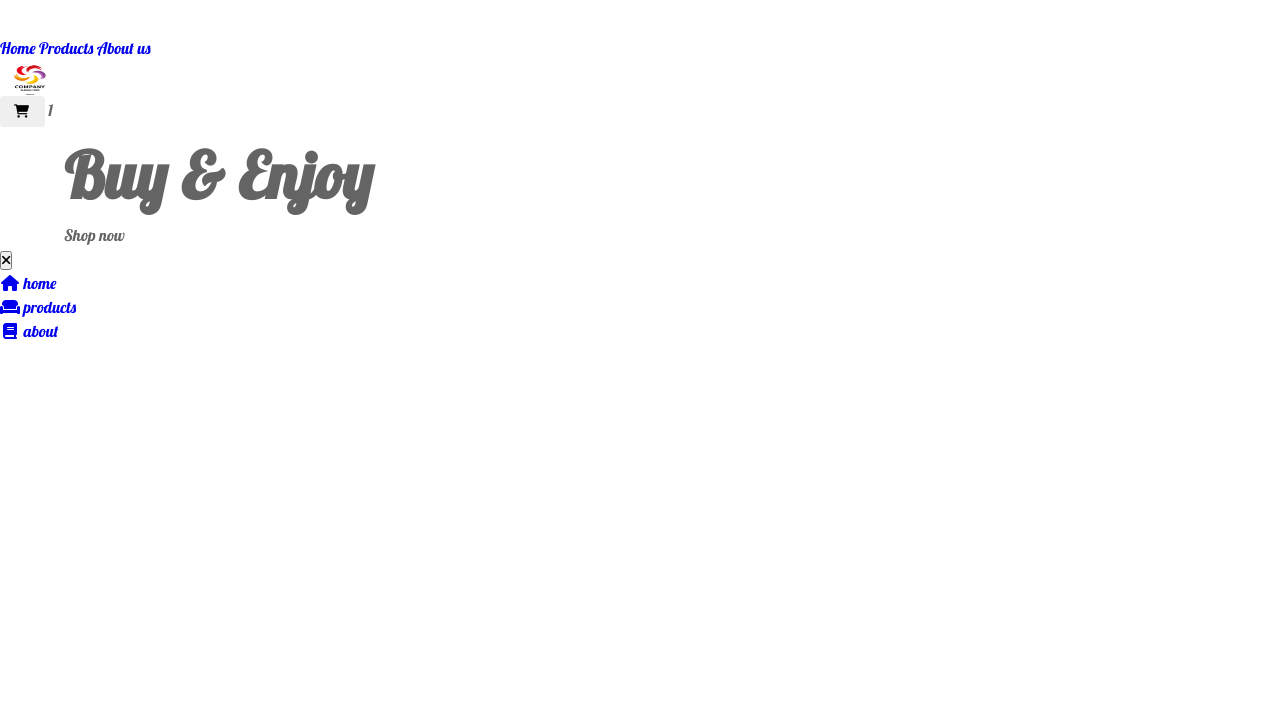
Repository: tetlisna/myprojectJS2
Page: index.html
An editor plug-in stored every save of this project. The page is shown before and after the next save, followed by the edit.
The browser window is 1280 px wide. The pictures show the whole page.
Some web fonts or font styles are not loaded; a fallback is used.

Above is the page before, as saved 2022-09-04 19:58:43.

### index.html
<!DOCTYPE html>
<html lang="en">
  <head>
    <meta charset="UTF-8" />
    <meta name="viewport" content="width=device-width, initial-scale=1.0" />
    <link rel="stylesheet" href="/css/style.css" />
    <link
      rel="stylesheet"
      href="https://cdnjs.cloudflare.com/ajax/libs/font-awesome/6.2.0/css/all.min.css"
    />
    <title>E-commers</title>
  </head>
  <body>
    <!-- Nav left -->
    <nav class="navbar">
      <div class="menu-line">
        <div class="wrapper">
          <button class="nav-logo">
            <i class="fa-sharp fa-solid fa-bars"></i>
          </button>
          <a href="#" href="index.html" class="nav-link">Home</a>
          <a href="#" href="products.html" class="nav-link">Products</a>
          <a href="#" href="about-us.html" class="nav-link">About us</a>
        </div>
        <!-- Logo -->
        <img src="/img/logo.png" class="nav-logo" alt="logo" width="100px" />
        <!-- Cart-->
        <div class="cart-side-container">
          <button class="cart-side">
            <i class="fa-sharp fa-solid fa-cart-shopping"></i>
          </button>
          <span class="cart-item-amount">1</span>
        </div>
      </div>
    </nav>

    <!--Main section-->

    <section class="main">
      <div id="main-container">
        <h1 class="text-main">Buy & Enjoy</h1>
        <a href="products.html" class="main-btn"> Shop now </a>
      </div>
    </section>
    <!--Side section-->

    <div class="sidebar-pop-out">
      <aside class="sidebar">
        <!-- close -->
        <button class="sidebar-close">
          <i class="fas fa-times"></i>
        </button>
        <!-- links -->
        <ul class="sidebar-links">
          <li>
            <a href="index.html" class="sidebar-link">
              <i class="fas fa-home fa-fw"></i>
              home
            </a>
          </li>
          <li>
            <a href="products.html" class="sidebar-link">
              <i class="fas fa-couch fa-fw"></i>
              products
            </a>
          </li>
          <li>
            <a href="about.html" class="sidebar-link">
              <i class="fas fa-book fa-fw"></i>
              about
            </a>
          </li>
        </ul>
      </aside>
    </div>
    <script src="script.js"></script>
  </body>
</html>

### css/style.css
@import url('https://fonts.googleapis.com/css2?family=Lobster&family=Qwitcher+Grypen&family=Roboto:wght@300&display=swap');
:root {
    --transition: all 0.3s linear;
    --spacing: 0.1rem;
    --radius: 0.25rem;
    --max-width: 1170px;
    --fixed-width: 620px;
    --white-bg:rgb(255, 255, 255);
    --dark-grey:rgb(100, 100, 100);
    --grey-red:rgb(190, 100, 100);
    --black-light:rgb(56, 56, 56);


    /* dark shades of primary color*/
  --clr-primary-1: hsl(21, 91%, 17%);
  --clr-primary-2: hsl(21, 84%, 25%);
  --clr-primary-3: hsl(21, 81%, 29%);
  --clr-primary-4: hsl(21, 77%, 34%);
  /* primary/main color */
  --clr-primary-5: hsl(21, 62%, 45%);
  /* lighter shades of primary color */
  --clr-primary-6: hsl(21, 57%, 50%);
  --clr-primary-7: hsl(21, 65%, 59%);
  --clr-primary-8: hsl(21, 80%, 74%);
  --clr-primary-9: hsl(21, 94%, 87%);
  --clr-primary-10: hsl(21, 100%, 94%);
  /* darkest grey - used for headings */
  --clr-grey-1: #102a42;
  --clr-grey-2: hsl(211, 39%, 23%);
  --clr-grey-3: hsl(209, 34%, 30%);
  --clr-grey-4: hsl(209, 28%, 39%);
  /* grey used for paragraphs */
  --clr-grey-5: hsl(210, 22%, 49%);
  --clr-grey-6: hsl(209, 23%, 60%);
  --clr-grey-7: hsl(211, 27%, 70%);
  --clr-grey-8: hsl(210, 31%, 80%);
  --clr-grey-9: hsl(212, 33%, 89%);
  --clr-grey-10: hsl(210, 36%, 96%);
  --clr-white: #fff;
  --clr-red-dark: hsl(360, 67%, 44%);
  --clr-red-light: hsl(360, 71%, 66%);
  --clr-green-dark: hsl(125, 67%, 44%);
  --clr-green-light: hsl(125, 71%, 66%);
  --clr-black: #222;








}

* {
    margin: 0;
    padding: 0;
    box-sizing: border-box;
}
.container {
    max-width: 980px;
    margin: auto;
}
a {
    text-decoration: none;
}
body {
    font-family: 'Lobster', cursive,'Qwitcher Grypen', cursive,'Roboto', sans-serif;
    background: var(--white-bg);
    color: var(--dark-grey);
    line-height: 1.5;
    font-size: 0.875rem;
}
p {
    margin-bottom: 1.25rem;
    color: var(--dark-grey);
}

@media screen and (min-width: 800px) {
    h1 {
        font-size: 4rem;
    }
    body {
        font-size: 1rem;
    }
}
.img {
    width: 100%;
    display: block;
}
.main {
    width: 90vw;
    max-width: var(--max-width);
    margin: 0 auto;
}
.main-btn {
    color: var(--dark-grey);
}
.main-btn:hover {
    color: var(--grey-red);

}
.cart-side {
    /* background: var(--clr-primary-5); */
    /* color: var(--clr-white); */
    border-radius: var(--radius);
    padding: 0.375rem 0.75rem;
    letter-spacing: var(--spacing);
    display: inline-block;
    transition: var(--transition);
    border-color: transparent;
    cursor: pointer;
  }
  /* .cart-side:hover {
    background: var(--white-bg);
    color: var(--dark-grey);
  } */
.nav-logo {
    background: var(--clr-primary5);
    border-color: transparent;
    color: var(--white-bg);
    width: 3.75rem;
    height: 2.25rem;
    display: flex;
    align-items: center;
    justify-content: center;
    font-size: 1.5rem;
    border-radius: 2rem;
    cursor: pointer;
    transition: var(--transition);
}
/*
============================================
Nav
============================================
*/
.nav {
    min-height: 100vh;
    margin-top: -6rem;
    background: linear-gradient(rgba(0, 0, 0, 0.5), rgba(0, 0, 0, 0.5)),
      url(./images/main-bcg.jpeg) center/cover;
    display: grid;
    place-items: center;
    color: var(--clr-white);
  }

### script.js
class User {
	constructor (name, balance){
		this.name = name,
		this.balance = balance
	}
	showOrderHistory(sortWay, fieldName, totalAmount, orderDate){

	}
	getCart(){
		return this.cart;
	}
	addOrder(){
		return this.order;
	}

}
class Order{
	constructor (order, totalPrice, date){
		this.order = order,
		this.price = totalPrice,
		this.date = date
	}

}

After the next save:
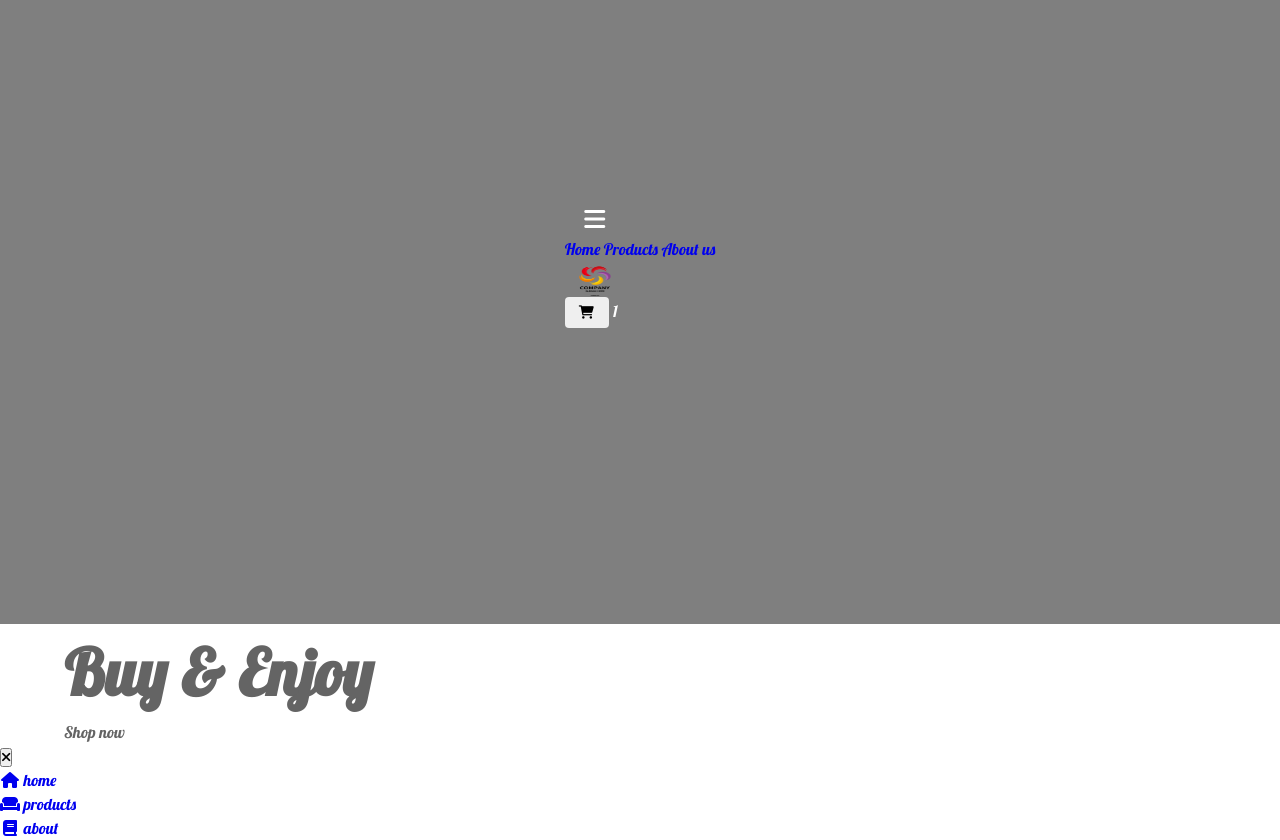
Not found: css/images/main-bcg.jpeg
Saved 5 s later.
--- a/css/style.css
+++ b/css/style.css
@@ -134,7 +134,7 @@ p {
 Nav
 ============================================
 */
-.nav {
+.navbar {
     min-height: 100vh;
     margin-top: -6rem;
     background: linear-gradient(rgba(0, 0, 0, 0.5), rgba(0, 0, 0, 0.5)),
